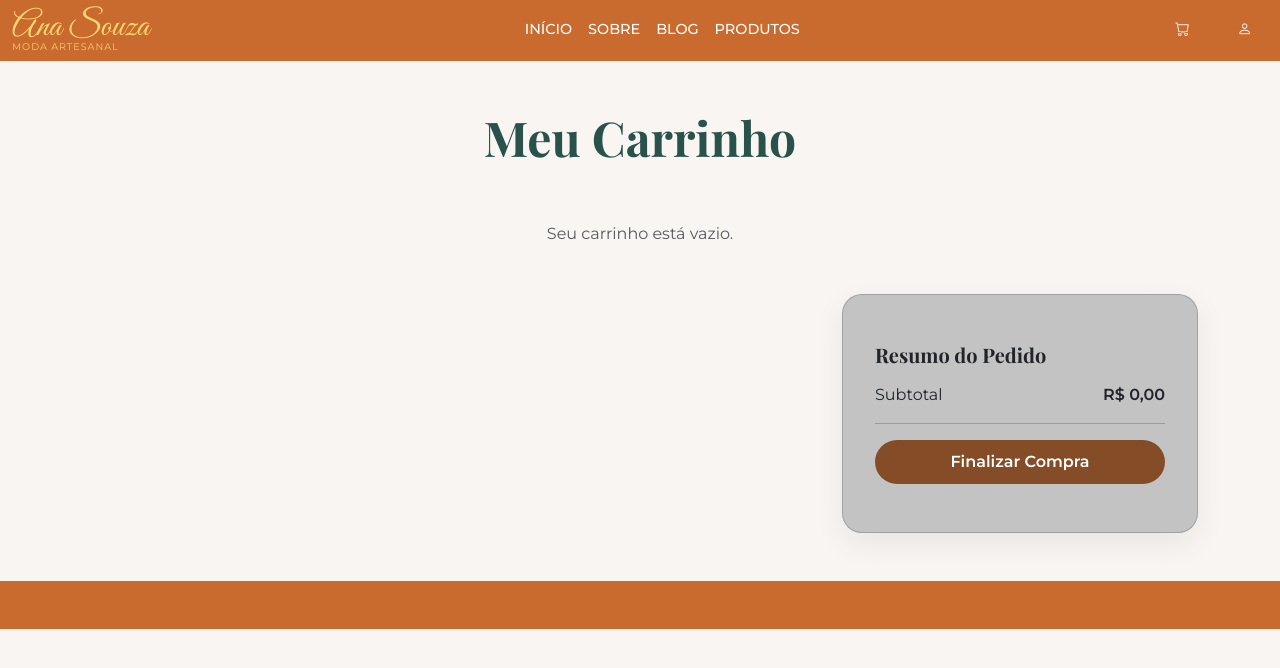
Repository: Lucascsg/projeto-anasouza-frontend
Page: carrinho.html
An editor plug-in stored every save of this project. The page is shown before and after the next save, followed by the edit.
The browser window is 1280 px wide. The pictures show the whole page.

Above is the page before, as saved 2025-10-20 22:20:44.

### carrinho.html
<!DOCTYPE html>
<html lang="pt-br">
<head>
    <meta charset="UTF-8">
    <meta name="viewport" content="width=device-width, initial-scale=1.0">
    <title>Meu Carrinho - Ana Souza</title>

    <link href="https://cdn.jsdelivr.net/npm/bootstrap@5.3.2/dist/css/bootstrap.min.css" rel="stylesheet" integrity="sha384-T3c6CoIi6uLrA9TneNEoa7RxnatzjcDSCmG1MXxSR1GAsXEV/Dwwykc2MPK8M2HN" crossorigin="anonymous">
    <link rel="stylesheet" href="css/style.css">
    <link rel="stylesheet" href="https://cdn.jsdelivr.net/npm/bootstrap-icons@1.11.1/font/bootstrap-icons.css">
    <link rel="preconnect" href="https://fonts.googleapis.com">
    <link rel="preconnect" href="https://fonts.gstatic.com" crossorigin>
    <link href="https://fonts.googleapis.com/css2?family=Montserrat:wght@400;500;600&family=Playfair+Display:wght@700&family=Great+Vibes&display=swap" rel="stylesheet">
    <link rel="stylesheet" href="https://unpkg.com/aos@next/dist/aos.css" />
</head>
<body>

    <header>
        <nav class="navbar navbar-expand-lg navbar-dark navbar-custom">
            <div class="container-fluid">
                <a class="navbar-brand logo-text" href="index.html">
                    <div>Ana Souza</div>
                    <small class="logo-subtitle">MODA ARTESANAL</small>
                </a>
                <button class="navbar-toggler" type="button" data-bs-toggle="collapse" data-bs-target="#navbarNav" aria-controls="navbarNav" aria-expanded="false" aria-label="Toggle navigation">
                    <span class="navbar-toggler-icon"></span>
                </button>
                <div class="collapse navbar-collapse" id="navbarNav">
                    <ul class="navbar-nav mx-auto">
                        <li class="nav-item"><a class="nav-link" href="index.html">Início</a></li>
                        <li class="nav-item"><a class="nav-link" href="index.html#sobre">Sobre</a></li>
                        <li class="nav-item"><a class="nav-link" href="index.html#blog">Blog</a></li>
                        <li class="nav-item"><a class="nav-link" href="index.html#produtos">Produtos</a></li>
                    </ul>
                    <div class="navbar-icons d-flex">
                        <a href="carrinho.html" class="nav-link position-relative">
                            <i class="bi bi-cart"></i>
                            <span class="badge rounded-pill bg-danger position-absolute top-0 start-100 translate-middle" id="contador-carrinho" style="display: none;">0</span>
                        </a>
                        <a href="#" class="nav-link ms-3"><i class="bi bi-person"></i></a>
                    </div>
                </div>
            </div>
        </nav>
    </header>

    <main class="container my-5">
        <div class="row">
            <div class="col-12 text-center mb-5">
                <h1 class="display-5 fw-bold">Meu Carrinho</h1>
            </div>
        </div>

        <div id="itens-carrinho">
            <p class="text-center text-muted">Seu carrinho está vazio.</p>
        </div>

        <div class="row justify-content-end mt-5">
            <div class="col-md-5 col-lg-4">
                <div class="card section-card">
                    <h5 class="card-title fw-bold mb-3">Resumo do Pedido</h5>
                    <div class="d-flex justify-content-between">
                        <span>Subtotal</span>
                        <span id="subtotal-carrinho" class="fw-bold">R$ 0,00</span>
                    </div>
                    <hr>
                    <div class="d-grid">
                        <a href="#" class="btn btn-custom-primary">Finalizar Compra</a>
                    </div>
                </div>
            </div>
        </div>
    </main>

    <footer class="py-4 footer-custom">
        </footer>

    <script src="https://cdn.jsdelivr.net/npm/bootstrap@5.3.2/dist/js/bootstrap.bundle.min.js"></script>
    <script src="https://unpkg.com/aos@next/dist/aos.js"></script>
    <script src="js/carrinho.js"></script>
</body>
</html>

### css/style.css
/* =================================== */
/* VARIÁVEIS GLOBAIS E ESTILOS BASE    */
/* =================================== */
:root {
    /* Sua paleta de cores (mantive suas últimas alterações) */
    --cor-base-escura: #c96a2f;
    --cor-acao-vibrante: #854D27;
    --cor-detalhe-quente: #29524A;
    --cor-texto-escuro: #06070E;

    /* Cores Neutras e de Fundo */
    --cor-fundo-claro: #F8F5F2;
    --cor-texto-claro: #FFFFFF;
}

body {
    font-family: 'Montserrat', sans-serif;
    background-color: var(--cor-fundo-claro);
    color: var(--cor-texto-escuro);
}

h1, h2, h3, h4, h5, h6 {
    font-family: 'Playfair Display', serif;
    color: var(--cor-detalhe-quente);
}

/* =================================== */
/* ESTILOS DA BARRA DE NAVEGAÇÃO       */
/* =================================== */
.navbar-custom {
    background-color: var(--cor-base-escura);
}
/* ... (O resto dos estilos da navbar e do logo permanecem como você enviou) ... */
.navbar-brand.logo-text {
    display: flex;
    flex-direction: column;
    justify-content: center;
    padding: 0;
    position: relative;
    top: 2px;
}
.navbar-brand div {
    font-family: 'Great Vibes', cursive;
    font-size: 2.2rem;
    color: #FFD972 !important;
    line-height: 1;
    font-weight: normal;
}
.navbar-brand .logo-subtitle {
    font-family: 'Montserrat', sans-serif;
    font-size: 0.6rem;
    text-transform: uppercase;
    letter-spacing: 0.1em;
    display: block;
    opacity: 0.9;
    color: #FFD972;
    margin-top: -5px;
}
/* ... (outros estilos da navbar que você enviou) ... */
.navbar-custom .navbar-brand img {
    height: 40px;
}
.navbar-custom .nav-link {
    color: var(--cor-texto-claro);
    font-weight: 500;
    text-transform: uppercase;
    font-size: 0.9rem;
    padding: 0.5rem 1rem;
    transition: opacity 0.3s;
}
.navbar-custom .nav-link:hover {
    opacity: 0.8;
}
.navbar-icons a {
    color: var(--cor-texto-claro);
    font-size: 1.2rem;
    transition: opacity 0.3s;
}
.navbar-icons a:hover {
    opacity: 0.8;
}


/* =================================== */
/* ESTILOS DA SEÇÃO HERO (IMAGEM)      */
/* =================================== */
#hero {
    position: relative;
    height: 90vh;
    width: 100%;
    display: flex;
    align-items: center;
    justify-content: center;

    /* --- ATUALIZAÇÃO PARA IMAGEM DE FUNDO --- */
    background: url('../imagens/hero-background.jpg') no-repeat center center/cover;
}

#hero::after {
    content: '';
    position: absolute;
    top: 0;
    left: 0;
    width: 100%;
    height: 100%;
    background: rgba(0, 0, 0, 0.6);
    z-index: 1;
}

#hero .hero-content {
    position: relative;
    z-index: 2;
}

#hero .hero-content h1 {
    font-weight: 700;
    color: var(--cor-texto-claro);
}

#hero .hero-content .btn {
    border-radius: 50px;
    padding: 12px 30px;
    font-weight: 600;
}


/* ... (O resto do seu CSS continua exatamente como você enviou) ... */

/* =================================== */
/* ESTILOS GERAIS DAS SEÇÕES           */
/* =================================== */
section h2 {
    color: var(--cor-detalhe-quente);
    margin-bottom: 1rem;
}

/* =================================== */
/* ESTILOS DA SEÇÃO DE PRODUTOS        */
/* =================================== */
.product-card {
    border: none;
    border-radius: 15px;
    box-shadow: 0 4px 15px rgba(0, 0, 0, 0.08);
    transition: all 0.3s ease-in-out;
}
.product-card:hover {
    transform: translateY(-8px);
    box-shadow: 0 8px 25px rgba(0, 0, 0, 0.12);
}
.product-card .card-title {
    color: var(--cor-texto-escuro);
    font-weight: 600;
}
.product-card .btn {
    border-radius: 50px;
    padding: 8px 25px;
    font-weight: 500;
    border-color: var(--cor-base-escura);
    color: var(--cor-base-escura);
}
.product-card .btn:hover {
    background-color: var(--cor-base-escura);
    color: white;
}

/* =================================== */
/* ESTILOS DA SEÇÃO DE BLOG            */
/* =================================== */
.btn-custom-primary {
    background-color: var(--cor-acao-vibrante);
    color: white;
    border: none;
    border-radius: 50px;
    padding: 10px 30px;
    font-weight: 600;
    transition: all 0.3s;
}
.btn-custom-primary:hover {
    background-color: var(--cor-acao-vibrante);
    color: white;
    opacity: 0.9;
    transform: translateY(-2px);
}
#blog img {
    border-radius: 15px;
}

/* =================================== */
/* ESTILOS DO RODAPÉ (FOOTER)          */
/* =================================== */
.footer-custom {
    background-color: var(--cor-base-escura);
}
.footer-custom a {
    text-decoration: none;
    transition: opacity 0.3s;
}
.footer-custom a:hover {
    opacity: 0.8;
}

/* =================================== */
/* ESTILO DE SEÇÃO EM FORMATO DE CARD  */
/* =================================== */

.section-card {
    background-color: #c3c3c3; /* Fundo branco para o card */
    padding: 3rem 2rem;        /* Espaçamento interno generoso */
    border-radius: 20px;       /* As pontas curvadas que você pediu */
    box-shadow: 0 10px 30px rgba(0, 0, 0, 0.07); /* Sombra sutil para "flutuar" */
}

/* =================================== */
/* Estilos da Página de Produto        */
/* =================================== */

.product-price {
    color: var(--cor-detalhe-quente); /* Usando o verde/marrom dos títulos */
    font-weight: 600;
}

### js/carrinho.js
// Espera o documento HTML ser completamente carregado para executar o script
document.addEventListener('DOMContentLoaded', function() {
    carregarCarrinho();
    AOS.init();
});

/**
 * Função principal que carrega os itens do localStorage e os exibe na página.
 */
function carregarCarrinho() {
    let carrinho = JSON.parse(localStorage.getItem('carrinho')) || [];
    const containerItens = document.getElementById('itens-carrinho');
    const subtotalElemento = document.getElementById('subtotal-carrinho');

    atualizarContadorCarrinho();

    if (carrinho.length === 0) {
        containerItens.innerHTML = '<p class="text-center text-muted">Seu carrinho está vazio.</p>';
        subtotalElemento.textContent = formatarMoeda(0);
        return;
    }

    containerItens.innerHTML = '';
    let subtotal = 0;

    carrinho.forEach(item => {
        const precoItem = parseFloat(item.preco.replace('R$ ', '').replace(',', '.')) * item.quantidade;
        subtotal += precoItem;

        const itemHTML = `
            <div class="card mb-3 section-card" data-aos="fade-up">
                <div class="card-body">
                    <div class="row align-items-center">
                        <div class="col-md-2 col-3">
                            <img src="${item.imagem}" alt="${item.nome}" class="img-fluid rounded">
                        </div>
                        <div class="col-md-3 col-9">
                            <h5 class="mb-0">${item.nome}</h5>
                        </div>
                        <div class="col-md-3 col-6 mt-3 mt-md-0">
                            <div class="input-group">
                                <button class="btn btn-outline-secondary btn-diminuir" type="button" data-id="${item.id}">-</button>
                                <input type="text" class="form-control text-center" value="${item.quantidade}" readonly>
                                <button class="btn btn-outline-secondary btn-aumentar" type="button" data-id="${item.id}">+</button>
                            </div>
                        </div>
                        <div class="col-md-2 col-3 mt-3 mt-md-0 text-center">
                            <span class="fw-bold">${formatarMoeda(precoItem)}</span>
                        </div>
                        <div class="col-md-2 col-3 mt-3 mt-md-0 text-end">
                            <button class="btn btn-sm btn-outline-danger btn-remover" data-id="${item.id}">Remover</button>
                        </div>
                    </div>
                </div>
            </div>
        `;
        containerItens.innerHTML += itemHTML;
    });

    subtotalElemento.textContent = formatarMoeda(subtotal);

    // Após criar os botões, precisamos adicionar os eventos de clique a eles
    configurarEventosCarrinho();
}

/**
 * Adiciona os eventos de clique para os botões de aumentar, diminuir e remover.
 */
function configurarEventosCarrinho() {
    document.querySelectorAll('.btn-aumentar').forEach(button => {
        button.addEventListener('click', (event) => {
            const produtoId = event.target.dataset.id;
            atualizarQuantidade(produtoId, 'aumentar');
        });
    });

    document.querySelectorAll('.btn-diminuir').forEach(button => {
        button.addEventListener('click', (event) => {
            const produtoId = event.target.dataset.id;
            atualizarQuantidade(produtoId, 'diminuir');
        });
    });

    document.querySelectorAll('.btn-remover').forEach(button => {
        button.addEventListener('click', (event) => {
            const produtoId = event.target.dataset.id;
            removerDoCarrinho(produtoId);
        });
    });
}

/**
 * Atualiza a quantidade de um item no carrinho ou o remove.
 * @param {string} id - ID do produto.
 * @param {string} acao - 'aumentar' ou 'diminuir'.
 */
function atualizarQuantidade(id, acao) {
    let carrinho = JSON.parse(localStorage.getItem('carrinho')) || [];
    const itemIndex = carrinho.findIndex(item => item.id == id);

    if (itemIndex > -1) {
        if (acao === 'aumentar') {
            carrinho[itemIndex].quantidade++;
        } else if (acao === 'diminuir') {
            carrinho[itemIndex].quantidade--;
            if (carrinho[itemIndex].quantidade <= 0) {
                // Se a quantidade for 0 ou menos, remove o item
                carrinho.splice(itemIndex, 1);
            }
        }
    }

    localStorage.setItem('carrinho', JSON.stringify(carrinho));
    carregarCarrinho(); // Recarrega a visualização do carrinho
}

/**
 * Remove um item completamente do carrinho.
 * @param {string} id - ID do produto a ser removido.
 */
function removerDoCarrinho(id) {
    let carrinho = JSON.parse(localStorage.getItem('carrinho')) || [];
    // Filtra o array, mantendo apenas os itens cujo ID é DIFERENTE do que queremos remover
    const novoCarrinho = carrinho.filter(item => item.id != id);

    localStorage.setItem('carrinho', JSON.stringify(novoCarrinho));
    carregarCarrinho(); // Recarrega a visualização do carrinho
}

// Funções que já tínhamos, sem alterações
function formatarMoeda(valor) {
    return valor.toLocaleString('pt-br', { style: 'currency', currency: 'BRL' });
}

function atualizarContadorCarrinho() {
    let carrinho = JSON.parse(localStorage.getItem('carrinho')) || [];
    const totalItens = carrinho.reduce((total, item) => total + item.quantidade, 0);
    const contadorElemento = document.getElementById('contador-carrinho');

    if (contadorElemento) {
        if (totalItens > 0) {
            contadorElemento.textContent = totalItens;
            contadorElemento.style.display = 'inline';
        } else {
            contadorElemento.style.display = 'none';
        }
    }
}

After the next save:
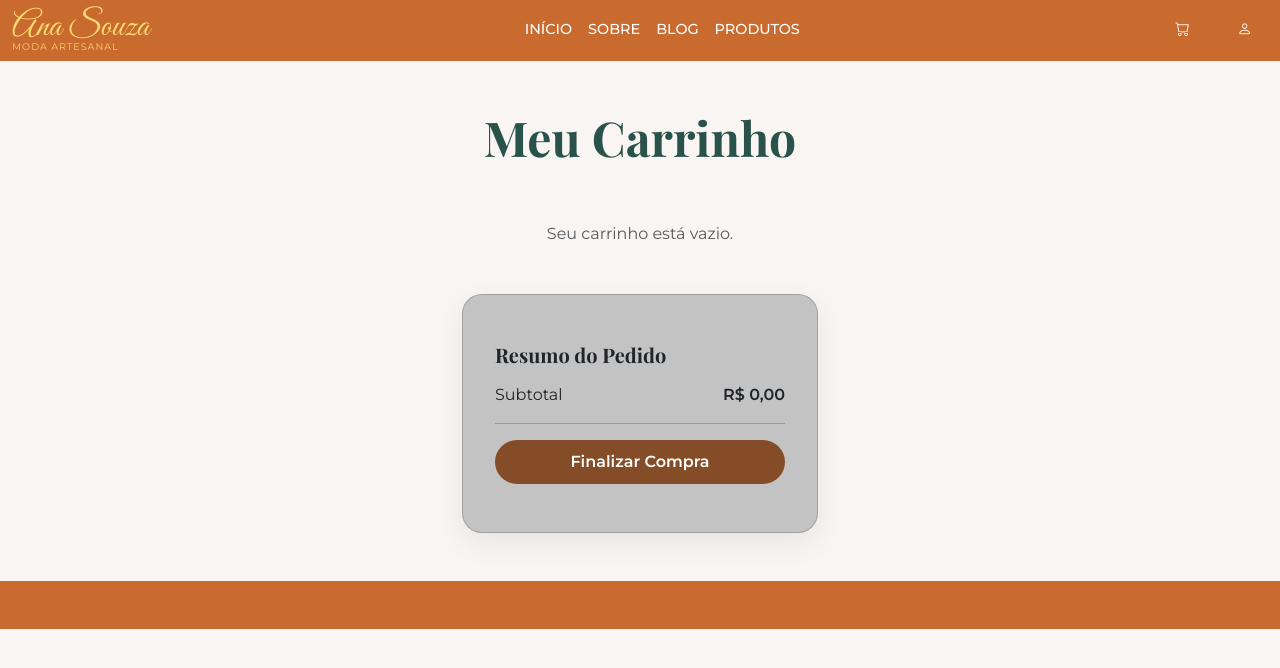
Saved 3 min 33 s later.
--- a/carrinho.html
+++ b/carrinho.html
@@ -55,7 +55,7 @@
             <p class="text-center text-muted">Seu carrinho está vazio.</p>
         </div>
 
-        <div class="row justify-content-end mt-5">
+        <div class="row justify-content-center mt-5">
             <div class="col-md-5 col-lg-4">
                 <div class="card section-card">
                     <h5 class="card-title fw-bold mb-3">Resumo do Pedido</h5>
